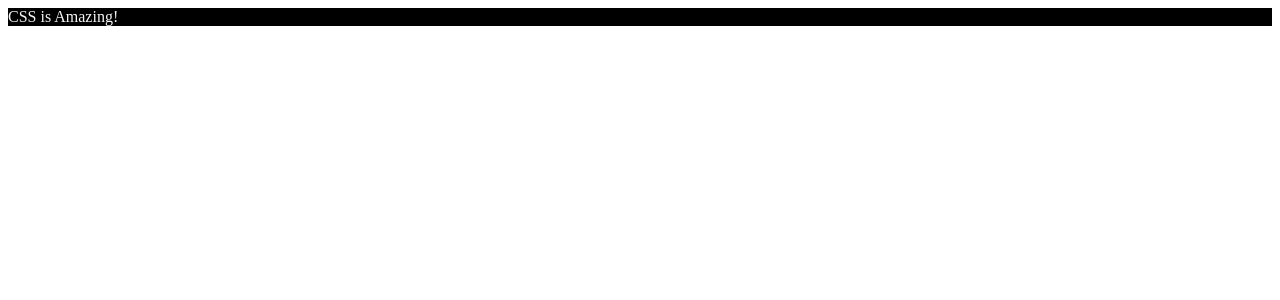
Repository: sammkrt/saltPrecourse
Page: css-trainingGround/index.html
An editor plug-in stored every save of this project. The page is shown before and after the next save, followed by the edit.
The browser window is 1280 px wide. The pictures show the whole page.

Above is the page before, as saved 2022-12-15 20:49:14.

After the next save:
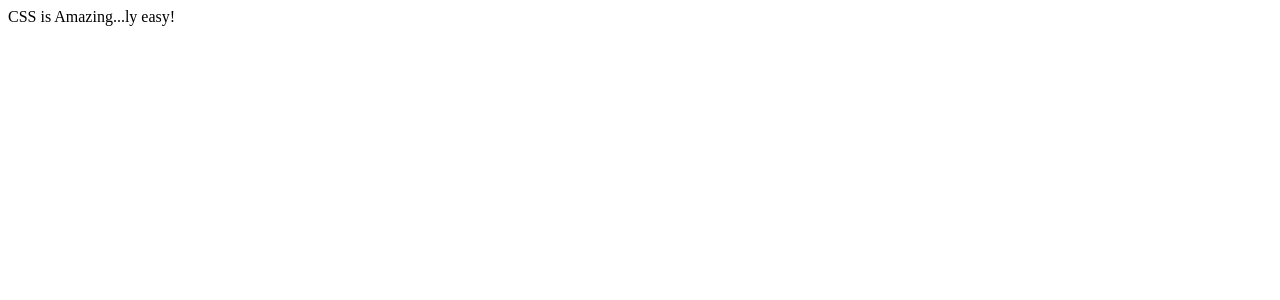
Saved 2 min 7 s later.
--- a/css-trainingGround/index.html
+++ b/css-trainingGround/index.html
@@ -7,8 +7,7 @@
     <title>Css Training</title>
 </head>
 <body>
-    <div style="background-color: black; color: whitesmoke;">
-        CSS is Amazing!
-    </div>
+    <div style="background-color: black; color: whitesmoke;"></div>
+    <div>CSS is Amazing...ly easy!</div>
 </body>
 </html>

After the save that followed:
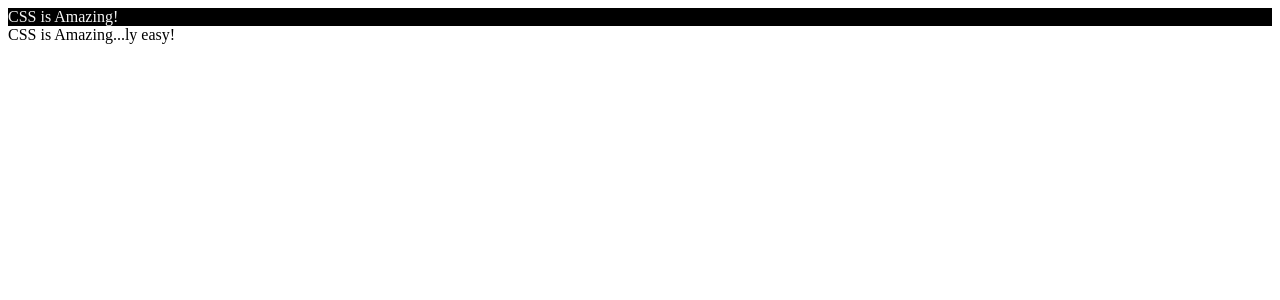
Saved 42 s later.
--- a/css-trainingGround/index.html
+++ b/css-trainingGround/index.html
@@ -7,7 +7,7 @@
     <title>Css Training</title>
 </head>
 <body>
-    <div style="background-color: black; color: whitesmoke;"></div>
+    <div style="background-color: black; color: whitesmoke;">CSS is Amazing!</div>
     <div>CSS is Amazing...ly easy!</div>
 </body>
 </html>
